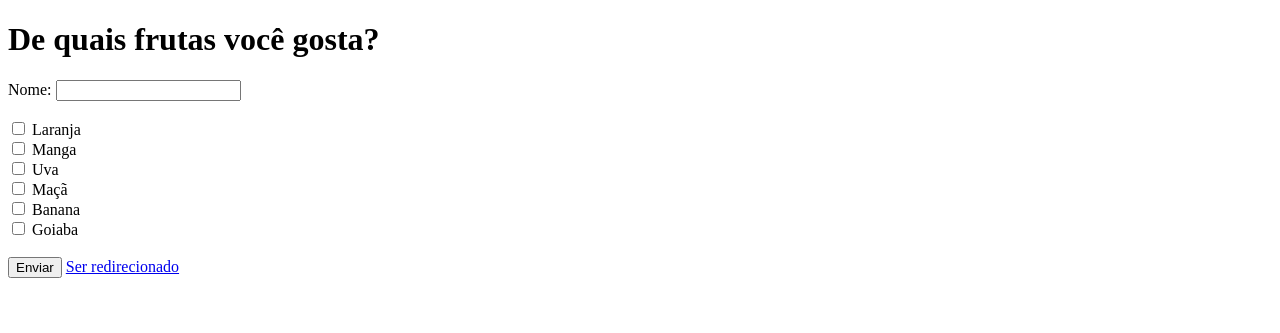
Repository: DavidsonWasserman/WebII_task
Page: Projeto_Fruta/src/main/webapp/index.html
These files come from the project's save history. The page is drawn as it stood at one moment and after the next save; the edit follows.
The browser window is 1280 px wide. The pictures show the whole page.

Above is the page before, as saved 2025-09-28 19:57:29.

### Projeto_Fruta/src/main/webapp/index.html
<!DOCTYPE html>
<html>
<head>
<meta charset="UTF-8">
<title>Frutas</title>
</head>
<body>

<h1>De quais frutas você gosta?</h1>
    <form action="FrutaServlet" method="post">
        Nome: <input type="text" name="nome"><br><br>

        <label><input type="checkbox" name="frutas" value="1"> Laranja</label><br>
        <label><input type="checkbox" name="frutas" value="2"> Manga</label><br>
        <label><input type="checkbox" name="frutas" value="3"> Uva</label><br>
        <label><input type="checkbox" name="frutas" value="4"> Maçã</label><br>
        <label><input type="checkbox" name="frutas" value="5"> Banana</label><br>
        <label><input type="checkbox" name="frutas" value="6"> Goiaba</label><br>

        <br><input type="submit" value="Enviar">

        <a href="RedirecionarServlet">Ser redirecionado</a>

</body>
</html>

After the next save:
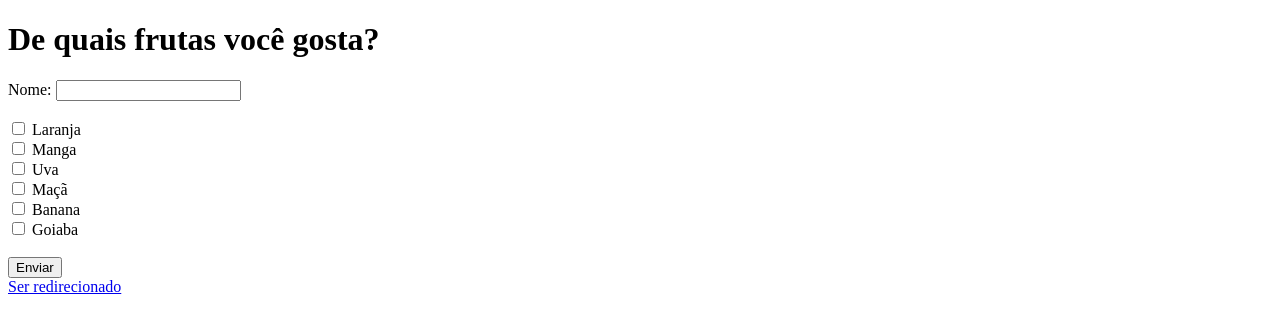
Saved 49 s later.
--- a/Projeto_Fruta/src/main/webapp/index.html
+++ b/Projeto_Fruta/src/main/webapp/index.html
@@ -19,7 +19,7 @@
 
         <br><input type="submit" value="Enviar">
 
-        <a href="RedirecionarServlet">Ser redirecionado</a>
+        <br><a href="RedirecionarServlet">Ser redirecionado</a>
 
 </body>
 </html>
